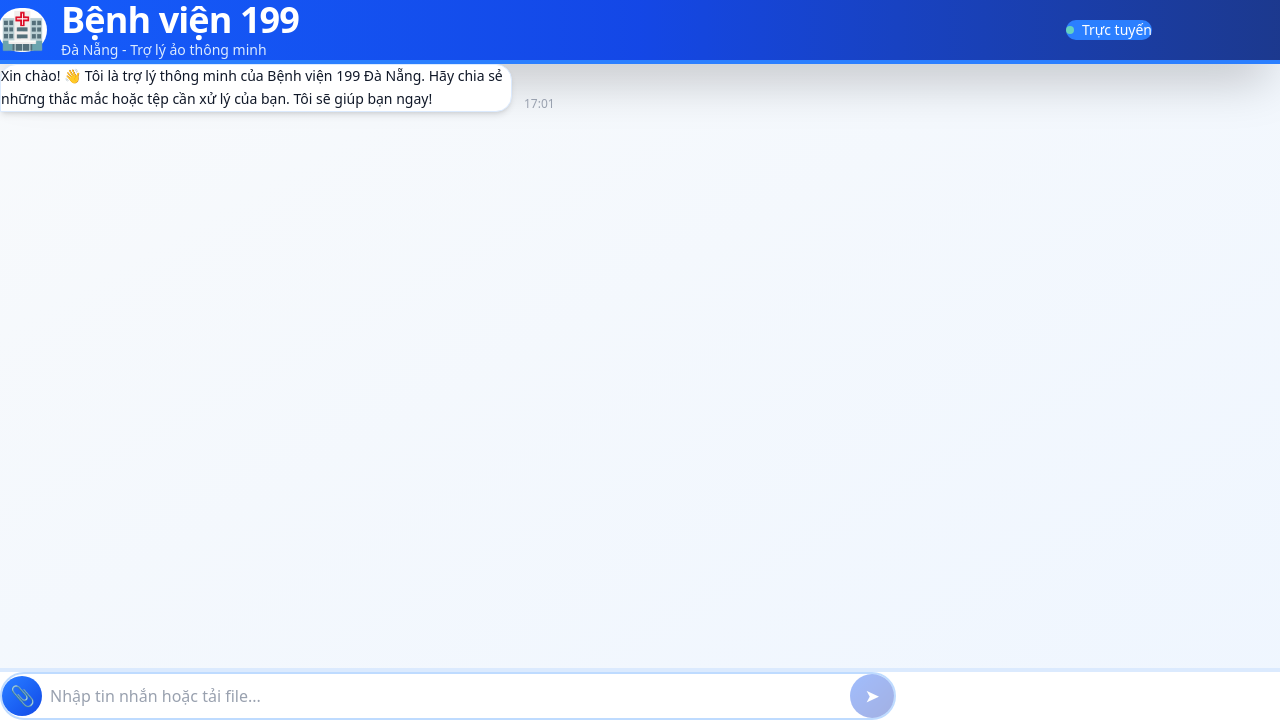
Repository: France2003/B-nh_Vi-n_199
Page: /
An editor plug-in stored every save of this project. The page is shown before and after the next save, followed by the edit.
The browser window is 1280 px wide. The pictures show the whole page.
The project was rebuilt for these pictures with package versions that can differ from the ones it lists, and the page was loaded fresh each time. Also part of the build but not shown: vite.config.ts, src/App.css, src/components/FilePreview.tsx.

Above is the page before, as saved 2026-01-10 00:11:20.

### index.html
<!doctype html>
<html lang="en">
  <head>
    <meta charset="UTF-8" />
    <link rel="icon" type="image/svg+xml" href="/vite.svg" />
    <meta name="viewport" content="width=device-width, initial-scale=1.0" />
    <title>chat199</title>
  </head>
  <body>
    <div id="root"></div>
    <script type="module" src="/src/main.tsx"></script>
  </body>
</html>

### src/index.css
@import "tailwindcss";

:root {
  --hospital-50: #f0f7fc;
  --hospital-100: #dceef9;
  --hospital-200: #b9def3;
  --hospital-300: #8fcde9;
  --hospital-400: #5ab9dd;
  --hospital-500: #35a4d0;
  --hospital-600: #2a7bb7;
  --hospital-700: #1e5b8d;
  --hospital-800: #0d4a73;
  --hospital-900: #081f2e;
}

* {
  @apply m-0 p-0 box-border;
}

html,
body {
  @apply h-full w-full;
}

body {
  @apply overflow-hidden;
}

#root {
  @apply h-screen w-screen;
}

/* Scrollbar Styling */
::-webkit-scrollbar {
  @apply w-2 h-2;
}

::-webkit-scrollbar-track {
  @apply bg-transparent;
}

::-webkit-scrollbar-thumb {
  background-color: rgb(13, 74, 115, 0.3);
  border-radius: 4px;
}

::-webkit-scrollbar-thumb:hover {
  background-color: rgb(13, 74, 115, 0.5);
}

/* Custom animations */
@keyframes slideIn {
  from {
    opacity: 0;
    transform: translateY(10px);
  }
  to {
    opacity: 1;
    transform: translateY(0);
  }
}

@keyframes bounce {
  0%, 80%, 100% {
    opacity: 0.5;
    transform: translateY(0);
  }
  40% {
    opacity: 1;
    transform: translateY(-10px);
  }
}

.animate-in {
  animation: slideIn 0.3s ease forwards;
}

.delay-200 {
  animation-delay: 200ms;
}

.delay-400 {
  animation-delay: 400ms;
}

.slide-in-from-bottom-2 {
  --tw-enter-translate-y: 8px;
}

### src/App.tsx
import './App.css'
import { ChatBot } from './components/ChatBot'

function App() {
  return <ChatBot />
}

export default App

### src/components/ChatBot.tsx
import React, { useState, useRef, useEffect } from 'react';
import type { Message, UploadedFile } from '../types';
import { ChatMessage } from './ChatMessage';
import { FileUploader } from './FileUploader';
import { FilePreview } from './FilePreview';

export const ChatBot: React.FC = () => {
  const [messages, setMessages] = useState<Message[]>([
    {
      id: '1',
      type: 'bot',
      content: 'Xin chào! 👋 Tôi là trợ lý thông minh của Bệnh viện 199 Đà Nẵng. Hãy chia sẻ những thắc mắc hoặc tệp cần xử lý của bạn. Tôi sẽ giúp bạn ngay!',
      timestamp: new Date(),
    },
  ]);

  const [uploadedFiles, setUploadedFiles] = useState<UploadedFile[]>([]);
  const [inputValue, setInputValue] = useState('');
  const [isLoading, setIsLoading] = useState(false);
  const messagesEndRef = useRef<HTMLDivElement>(null);
  const inputRef = useRef<HTMLInputElement>(null);

  const scrollToBottom = () => {
    messagesEndRef.current?.scrollIntoView({ behavior: 'smooth' });
  };

  useEffect(() => {
    scrollToBottom();
  }, [messages]);

  const handleFilesUpload = (files: UploadedFile[]) => {
    setUploadedFiles((prev) => [...prev, ...files]);
  };

  const handleFileDescriptionChange = (fileId: string, description: string) => {
    setUploadedFiles((prev) =>
      prev.map((file) =>
        file.id === fileId ? { ...file, description } : file
      )
    );
  };

  const handleRemoveFile = (fileId: string) => {
    setUploadedFiles((prev) => prev.filter((file) => file.id !== fileId));
  };

  const handleSendMessage = async () => {
    if (!inputValue.trim() && uploadedFiles.length === 0) return;

    setIsLoading(true);

    // Create user message
    const userMessage: Message = {
      id: `${Date.now()}`,
      type: 'user',
      content: inputValue,
      timestamp: new Date(),
      files: uploadedFiles.length > 0 ? [...uploadedFiles] : undefined,
    };

    setMessages((prev) => [...prev, userMessage]);
    setInputValue('');
    setUploadedFiles([]);

    // Simulate bot response
    setTimeout(() => {
      const botMessage: Message = {
        id: `${Date.now() + 1}`,
        type: 'bot',
        content: generateBotResponse(userMessage),
        timestamp: new Date(),
      };
      setMessages((prev) => [...prev, botMessage]);
      setIsLoading(false);
    }, 1000);
  };

  const generateBotResponse = (userMessage: Message): string => {
    if (userMessage.files && userMessage.files.length > 0) {
      const fileCount = userMessage.files.length;
      const fileNames = userMessage.files.map((f) => f.name).join(', ');
      return `✓ Đã nhận ${fileCount} tệp: ${fileNames}. ${
        userMessage.content
          ? `Yêu cầu: ${userMessage.content}`
          : 'Đang xử lý tệp của bạn...'
      }`;
    }

    const responses = [
      '✓ Cảm ơn bạn đã liên hệ! Chúng tôi đang xử lý yêu cầu của bạn.',
      '✓ Bệnh viện 199 sẵn sàng hỗ trợ! Hãy cho tôi biết thêm thông tin chi tiết.',
      '✓ Tôi đã ghi nhận thông tin của bạn. Có gì khác tôi có thể giúp?',
      '✓ Cảm ơn bạn đã tin tưởng dịch vụ của chúng tôi! 🏥',
    ];

    return responses[Math.floor(Math.random() * responses.length)];
  };

  const handleKeyPress = (e: React.KeyboardEvent<HTMLInputElement>) => {
    if (e.key === 'Enter' && !e.shiftKey) {
      e.preventDefault();
      handleSendMessage();
    }
  };

  return (
    <div className="flex flex-col h-screen bg-gradient-to-br from-slate-50 to-blue-50">
      {/* Header */}
      <header className="bg-gradient-to-r from-blue-600 via-blue-700 to-blue-900 text-white shadow-2xl px-8 py-6 border-b-4 border-blue-500">
        <div className="max-w-6xl mx-auto">
          <div className="flex items-center justify-between">
            <div className="flex items-center gap-4">
              <div className="bg-white bg-opacity-20 p-3 rounded-full backdrop-blur-sm ring-2 ring-white ring-opacity-30">
                <span className="text-4xl">🏥</span>
              </div>
              <div>
                <h1 className="text-4xl font-bold tracking-tight">Bệnh viện 199</h1>
                <p className="text-blue-100 text-sm mt-1">Đà Nẵng - Trợ lý ảo thông minh</p>
              </div>
            </div>
            <div className="text-right">
              <div className="flex items-center gap-2 bg-blue-500 bg-opacity-40 px-3 py-2 rounded-full">
                <div className="w-2 h-2 bg-green-300 rounded-full animate-pulse"></div>
                <span className="text-sm font-medium">Trực tuyến</span>
              </div>
            </div>
          </div>
        </div>
      </header>

      {/* Chat Container */}
      <div className="flex-1 overflow-y-auto px-8 py-8">
        <div className="max-w-4xl mx-auto flex flex-col gap-5">
          {messages.map((message) => (
            <ChatMessage key={message.id} message={message} />
          ))}
          {isLoading && (
            <div className="flex items-end gap-3">
              <div className="flex gap-2 bg-white px-5 py-4 rounded-3xl shadow-md">
                <div className="w-3 h-3 bg-blue-500 rounded-full animate-bounce"></div>
                <div className="w-3 h-3 bg-blue-500 rounded-full animate-bounce" style={{animationDelay: '0.2s'}}></div>
                <div className="w-3 h-3 bg-blue-500 rounded-full animate-bounce" style={{animationDelay: '0.4s'}}></div>
              </div>
            </div>
          )}
          <div ref={messagesEndRef} />
        </div>
      </div>

      {/* Input Area */}
      <footer className="bg-white border-t-4 border-blue-100 px-8 py-6">
        <div className="max-w-4xl mx-auto">
          {uploadedFiles.length > 0 && (
            <div className="mb-5">
              <FilePreview
                files={uploadedFiles}
                onDescriptionChange={handleFileDescriptionChange}
                onRemove={handleRemoveFile}
              />
            </div>
          )}

          <div className="flex gap-4 items-end">
            <div className="flex-1 bg-white border-2 border-blue-200 rounded-full px-4 py-3 flex items-center gap-2 transition-all focus-within:border-blue-500 focus-within:shadow-lg focus-within:ring-2 focus-within:ring-blue-100 hover:border-blue-300">
              <div className="flex-shrink-0">
                <FileUploader onFilesUpload={handleFilesUpload} showLabel={false} />
              </div>

              <input
                ref={inputRef}
                type="text"
                value={inputValue}
                onChange={(e) => setInputValue(e.target.value)}
                onKeyPress={handleKeyPress}
                placeholder="Nhập tin nhắn hoặc tải file..."
                className="flex-1 text-gray-900 placeholder-gray-400 bg-transparent focus:outline-none text-base font-medium"
                disabled={isLoading}
              />

              <button
                onClick={handleSendMessage}
                className="w-11 h-11 rounded-full bg-gradient-to-br from-blue-600 to-blue-800 text-white font-bold flex items-center justify-center transition-all duration-300 hover:shadow-lg hover:scale-110 active:scale-95 disabled:opacity-40 disabled:cursor-not-allowed flex-shrink-0"
                disabled={isLoading || (!inputValue.trim() && uploadedFiles.length === 0)}
                title="Gửi (Enter)"
              >
                {isLoading ? '⏳' : '➤'}
              </button>
            </div>
          </div>
        </div>
      </footer>
    </div>
  );
};

### src/components/ChatMessage.tsx
import React from 'react';
import type { Message } from '../types';

interface ChatMessageProps {
  message: Message;
}

export const ChatMessage: React.FC<ChatMessageProps> = ({ message }) => {
  const isUser = message.type === 'user';

  return (
    <div className={`flex gap-3 ${isUser ? 'justify-end' : 'justify-start'} animate-in fade-in slide-in-from-bottom-2 duration-300`}>
      <div className={`max-w-xs md:max-w-md lg:max-w-lg px-5 py-4 rounded-2xl break-words shadow-md ${
        isUser
          ? 'bg-gradient-to-br from-blue-600 to-blue-700 text-white rounded-br-none'
          : 'bg-white text-gray-900 rounded-bl-none border border-blue-100'
      }`}>
        <p className="text-sm leading-relaxed mb-2 last:mb-0 font-medium">{message.content}</p>

        {message.files && message.files.length > 0 && (
          <div className="flex flex-wrap gap-3 mt-3 pt-3 border-t border-current border-opacity-10">
            {message.files.map((file) => (
              <div key={file.id} className="flex flex-col items-start gap-2">
                {file.type === 'image' && file.preview ? (
                  <img src={file.preview} alt={file.name} className="w-32 h-32 object-cover rounded-lg shadow-sm hover:shadow-md transition-shadow" />
                ) : (
                  <div className={`w-28 h-28 flex items-center justify-center rounded-lg shadow-sm ${isUser ? 'bg-white bg-opacity-20' : 'bg-blue-50'}`}>
                    <svg className={`w-10 h-10 ${isUser ? 'text-white' : 'text-blue-600'}`} viewBox="0 0 24 24" fill="none" stroke="currentColor" strokeWidth="2">
                      <path d="M13 2H6a2 2 0 0 0-2 2v16a2 2 0 0 0 2 2h12a2 2 0 0 0 2-2V9z"></path>
                      <polyline points="13 2 13 9 20 9"></polyline>
                    </svg>
                  </div>
                )}
                {file.description && (
                  <p className={`text-xs max-w-xs ${isUser ? 'text-blue-100' : 'text-gray-600'}`}>{file.description}</p>
                )}
              </div>
            ))}
          </div>
        )}
      </div>

      <div className="flex flex-col items-center justify-end">
        <p className={`text-xs mt-1 font-medium ${isUser ? 'text-blue-100' : 'text-gray-400'}`}>
          {message.timestamp.toLocaleTimeString('vi-VN', {
            hour: '2-digit',
            minute: '2-digit',
          })}
        </p>
      </div>
    </div>
  );
};

### src/components/FileUploader.tsx
import React, { useState, useRef } from 'react';
import type { UploadedFile } from '../types';

interface FileUploaderProps {
  onFilesUpload: (files: UploadedFile[]) => void;
  showLabel?: boolean;
}

export const FileUploader: React.FC<FileUploaderProps> = ({ onFilesUpload, showLabel = true }) => {
  const [isDragActive, setIsDragActive] = useState(false);
  const fileInputRef = useRef<HTMLInputElement>(null);

  const handleDrag = (e: React.DragEvent) => {
    e.preventDefault();
    e.stopPropagation();
    if (e.type === 'dragenter' || e.type === 'dragover') {
      setIsDragActive(true);
    } else if (e.type === 'dragleave') {
      setIsDragActive(false);
    }
  };

  const processFiles = (files: FileList) => {
    const uploadedFiles: UploadedFile[] = [];

    Array.from(files).forEach((file) => {
      const isImage = file.type.startsWith('image/');
      const uploadedFile: UploadedFile = {
        id: `${Date.now()}-${Math.random()}`,
        name: file.name,
        type: isImage ? 'image' : 'file',
        file,
      };

      if (isImage) {
        const reader = new FileReader();
        reader.onload = (e) => {
          uploadedFile.preview = e.target?.result as string;
        };
        reader.readAsDataURL(file);
      }

      uploadedFiles.push(uploadedFile);
    });

    onFilesUpload(uploadedFiles);
  };

  const handleDrop = (e: React.DragEvent) => {
    e.preventDefault();
    e.stopPropagation();
    setIsDragActive(false);

    if (e.dataTransfer.files && e.dataTransfer.files[0]) {
      processFiles(e.dataTransfer.files);
    }
  };

  const handleChange = (e: React.ChangeEvent<HTMLInputElement>) => {
    if (e.target.files) {
      processFiles(e.target.files);
    }
  };

  if (!showLabel) {
    return (
      <>
        <input
          ref={fileInputRef}
          type="file"
          multiple
          onChange={handleChange}
          accept="image/*,.pdf,.doc,.docx,.xls,.xlsx,.txt"
          className="hidden"
          id="file-upload-input"
        />
        <label
          htmlFor="file-upload-input"
          className="flex items-center justify-center w-10 h-10 rounded-full bg-gradient-to-br from-blue-500 to-blue-700 text-white cursor-pointer hover:shadow-lg hover:scale-110 transition-all active:scale-95 flex-shrink-0"
          title="Tải file"
          onDragEnter={handleDrag}
          onDragLeave={handleDrag}
          onDragOver={handleDrag}
          onDrop={handleDrop}
        >
          <span className="text-xl">📎</span>
        </label>
      </>
    );
  }

  return (
    <div
      className={`border-2 border-dashed rounded-2xl p-8 text-center transition-all cursor-pointer mb-5 ${
        isDragActive
          ? 'border-blue-500 bg-blue-50 shadow-lg scale-105'
          : 'border-blue-300 bg-blue-50 hover:bg-blue-100 hover:border-blue-400'
      }`}
      onDragEnter={handleDrag}
      onDragLeave={handleDrag}
      onDragOver={handleDrag}
      onDrop={handleDrop}
    >
      <input
        ref={fileInputRef}
        type="file"
        multiple
        onChange={handleChange}
        accept="image/*,.pdf,.doc,.docx,.xls,.xlsx,.txt"
        className="hidden"
      />
      <div className="pointer-events-none">
        <div className="text-4xl mb-3">📁</div>
        <p className="m-0 mb-2 text-base font-bold text-blue-900">Kéo thả file tại đây</p>
        <p className="m-0 text-sm text-blue-600 mb-3">hoặc nhấp để chọn từ máy tính</p>
        <p className="m-0 text-xs text-blue-500">Hỗ trợ: Hình ảnh, PDF, Word, Excel</p>
      </div>
    </div>
  );
};

Loaded but not shown: src/main.tsx (common file)

After the next save:
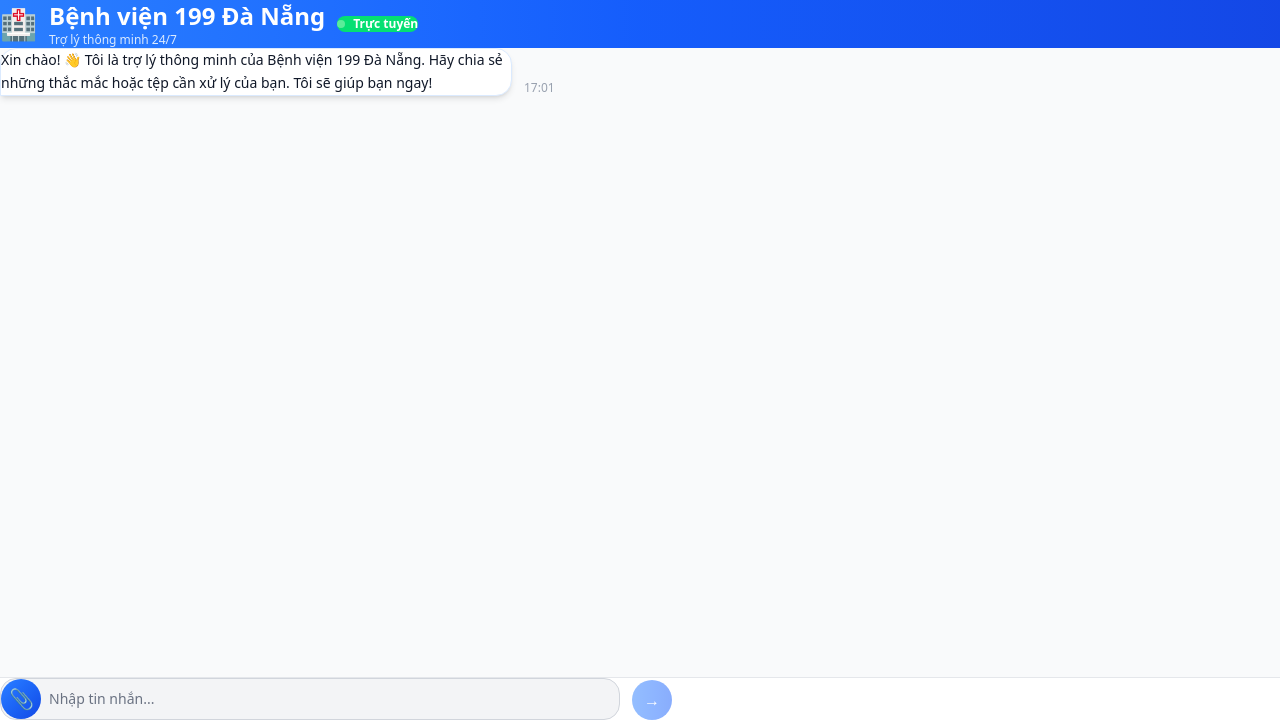
Saved 3 min 6 s later.
--- a/src/components/ChatBot.tsx
+++ b/src/components/ChatBot.tsx
@@ -104,42 +104,35 @@
   };
 
   return (
-    <div className="flex flex-col h-screen bg-gradient-to-br from-slate-50 to-blue-50">
+    <div className="flex flex-col h-screen bg-white">
       {/* Header */}
-      <header className="bg-gradient-to-r from-blue-600 via-blue-700 to-blue-900 text-white shadow-2xl px-8 py-6 border-b-4 border-blue-500">
-        <div className="max-w-6xl mx-auto">
-          <div className="flex items-center justify-between">
-            <div className="flex items-center gap-4">
-              <div className="bg-white bg-opacity-20 p-3 rounded-full backdrop-blur-sm ring-2 ring-white ring-opacity-30">
-                <span className="text-4xl">🏥</span>
-              </div>
-              <div>
-                <h1 className="text-4xl font-bold tracking-tight">Bệnh viện 199</h1>
-                <p className="text-blue-100 text-sm mt-1">Đà Nẵng - Trợ lý ảo thông minh</p>
-              </div>
-            </div>
-            <div className="text-right">
-              <div className="flex items-center gap-2 bg-blue-500 bg-opacity-40 px-3 py-2 rounded-full">
-                <div className="w-2 h-2 bg-green-300 rounded-full animate-pulse"></div>
-                <span className="text-sm font-medium">Trực tuyến</span>
-              </div>
-            </div>
+      <header className="bg-gradient-to-r from-blue-500 via-blue-600 to-blue-700 text-white px-6 py-4 shadow-lg">
+        <div className="flex items-center gap-3">
+          <div className="text-3xl">🏥</div>
+          <div>
+            <h1 className="text-2xl font-bold">Bệnh viện 199 Đà Nẵng</h1>
+            <p className="text-blue-100 text-xs font-medium">Trợ lý thông minh 24/7</p>
+          </div>
+          <div className="ml-auto flex items-center gap-2 bg-green-400 bg-opacity-30 px-3 py-1 rounded-full">
+            <div className="w-2 h-2 bg-green-300 rounded-full animate-pulse"></div>
+            <span className="text-xs font-semibold">Trực tuyến</span>
           </div>
         </div>
       </header>
 
       {/* Chat Container */}
-      <div className="flex-1 overflow-y-auto px-8 py-8">
-        <div className="max-w-4xl mx-auto flex flex-col gap-5">
+      <div className="flex-1 overflow-y-auto px-4 py-6 bg-gray-50">
+        <div className="max-w-2xl mx-auto space-y-4">
           {messages.map((message) => (
             <ChatMessage key={message.id} message={message} />
           ))}
           {isLoading && (
-            <div className="flex items-end gap-3">
-              <div className="flex gap-2 bg-white px-5 py-4 rounded-3xl shadow-md">
-                <div className="w-3 h-3 bg-blue-500 rounded-full animate-bounce"></div>
-                <div className="w-3 h-3 bg-blue-500 rounded-full animate-bounce" style={{animationDelay: '0.2s'}}></div>
-                <div className="w-3 h-3 bg-blue-500 rounded-full animate-bounce" style={{animationDelay: '0.4s'}}></div>
+            <div className="flex gap-3">
+              <div className="w-8 h-8 rounded-full bg-gradient-to-r from-blue-500 to-blue-600 flex items-center justify-center text-white text-sm font-bold flex-shrink-0">🤖</div>
+              <div className="flex gap-1.5 bg-white px-4 py-3 rounded-2xl shadow-sm">
+                <div className="w-2 h-2 bg-blue-500 rounded-full animate-bounce"></div>
+                <div className="w-2 h-2 bg-blue-500 rounded-full animate-bounce" style={{animationDelay: '0.2s'}}></div>
+                <div className="w-2 h-2 bg-blue-500 rounded-full animate-bounce" style={{animationDelay: '0.4s'}}></div>
               </div>
             </div>
           )}
@@ -148,10 +141,10 @@
       </div>
 
       {/* Input Area */}
-      <footer className="bg-white border-t-4 border-blue-100 px-8 py-6">
-        <div className="max-w-4xl mx-auto">
+      <div className="bg-white border-t border-gray-200 px-4 py-4 shadow-lg">
+        <div className="max-w-2xl mx-auto">
           {uploadedFiles.length > 0 && (
-            <div className="mb-5">
+            <div className="mb-4">
               <FilePreview
                 files={uploadedFiles}
                 onDescriptionChange={handleFileDescriptionChange}
@@ -160,11 +153,9 @@
             </div>
           )}
 
-          <div className="flex gap-4 items-end">
-            <div className="flex-1 bg-white border-2 border-blue-200 rounded-full px-4 py-3 flex items-center gap-2 transition-all focus-within:border-blue-500 focus-within:shadow-lg focus-within:ring-2 focus-within:ring-blue-100 hover:border-blue-300">
-              <div className="flex-shrink-0">
-                <FileUploader onFilesUpload={handleFilesUpload} showLabel={false} />
-              </div>
+          <div className="flex gap-3 items-end">
+            <div className="flex-1 flex items-center gap-2 bg-gray-100 border border-gray-300 rounded-2xl px-4 py-3 transition-all focus-within:border-blue-500 focus-within:ring-2 focus-within:ring-blue-200 hover:border-gray-400">
+              <FileUploader onFilesUpload={handleFilesUpload} showLabel={false} />
 
               <input
                 ref={inputRef}
@@ -172,23 +163,23 @@
                 value={inputValue}
                 onChange={(e) => setInputValue(e.target.value)}
                 onKeyPress={handleKeyPress}
-                placeholder="Nhập tin nhắn hoặc tải file..."
-                className="flex-1 text-gray-900 placeholder-gray-400 bg-transparent focus:outline-none text-base font-medium"
+                placeholder="Nhập tin nhắn..."
+                className="flex-1 bg-transparent text-gray-900 placeholder-gray-500 focus:outline-none text-sm"
                 disabled={isLoading}
               />
+            </div>
 
-              <button
-                onClick={handleSendMessage}
-                className="w-11 h-11 rounded-full bg-gradient-to-br from-blue-600 to-blue-800 text-white font-bold flex items-center justify-center transition-all duration-300 hover:shadow-lg hover:scale-110 active:scale-95 disabled:opacity-40 disabled:cursor-not-allowed flex-shrink-0"
-                disabled={isLoading || (!inputValue.trim() && uploadedFiles.length === 0)}
-                title="Gửi (Enter)"
-              >
-                {isLoading ? '⏳' : '➤'}
-              </button>
-            </div>
+            <button
+              onClick={handleSendMessage}
+              className="w-10 h-10 flex items-center justify-center rounded-full bg-gradient-to-r from-blue-500 to-blue-600 text-white font-bold transition-all duration-200 hover:shadow-lg hover:scale-105 active:scale-95 disabled:opacity-50 disabled:cursor-not-allowed flex-shrink-0"
+              disabled={isLoading || (!inputValue.trim() && uploadedFiles.length === 0)}
+              title="Gửi tin nhắn"
+            >
+              <span>→</span>
+            </button>
           </div>
         </div>
-      </footer>
+      </div>
     </div>
   );
 };
